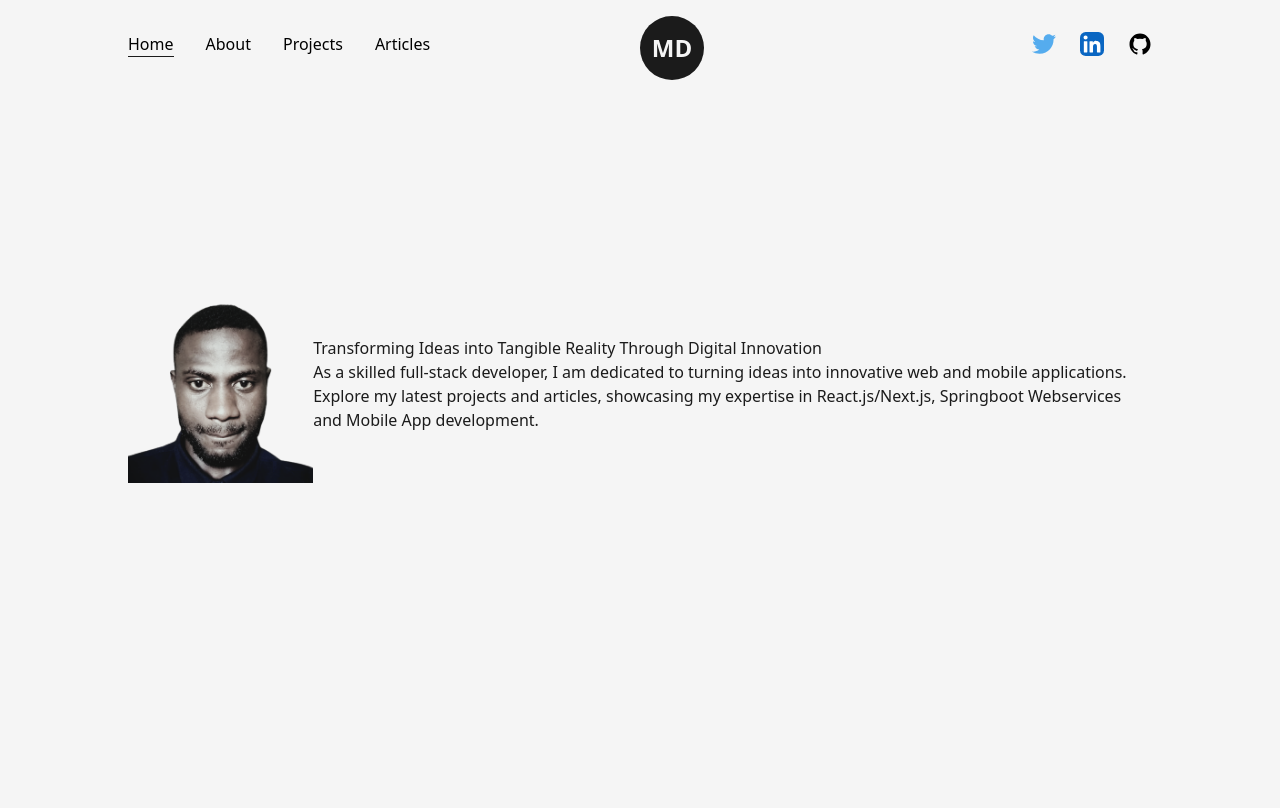
Repository: marcusdashe/situs
Page: /
The author's editor kept a copy of each file at every save. The page is drawn from the files as they stood at one save, then again after the next save.
The browser window is 1280 px wide. The pictures show the whole page.
The project was rebuilt for these pictures with package versions that can differ from the ones it lists, and the page was loaded fresh each time. The framework's server and built-in components were replaced by stand-ins that run in the browser.

Above is the page before, as saved 2023-06-15 17:30:07.

### src/pages/_app.js
import Navbar from "@/components/Navbar";
import "@/styles/globals.css";
import Head from "next/head";
// import { IBM_Plex_Sans } from "next/font/google";

// const ibm = IBM_Plex_Sans({
//   subsets: ["latin"],
//   variable: "--font-mont",
// });

export default function App({ Component, pageProps }) {
  return (
    <>
      <Head>
        <meta name="viewport" content="width=device-width, initial-scale=1" />
        <link rel="icon" href="/favicon.ico" />
      </Head>
      <main className={`  bg-light w-full min-h-screen`}>
        <Navbar />
        <Component {...pageProps} />
      </main>
    </>
  );
}

### src/pages/index.js
import Head from "next/head";
import Image from "next/image";
import { Inter } from "next/font/google";
import Layout from "@/components/Layout";
import profilePic from "../../public/images/profile/developer-pic-4.png";

const inter = Inter({ subsets: ["latin"] });

export default function Home() {
  return (
    <>
      <Head>
        <title>Marcus Dashe | Portfolio</title>
        <meta name="description" content="Generated by create next app" />
      </Head>
      <main className="flex items-center text-dark w-full min-h-screen">
        <Layout className="pt-0">
          <div className=" w-full flex items-center justify-between">
            <div className="w-2/5">
              <Image
                src={profilePic}
                alt="Marcus Dashe"
                className="w-full h-auto"
              />
            </div>
            <div>
              <h1>
                Transforming Ideas into Tangible Reality Through Digital
                Innovation
              </h1>
              <p>
                As a skilled full-stack developer, I am dedicated to turning
                ideas into innovative web and mobile applications. Explore my
                latest projects and articles, showcasing my expertise in
                React.js/Next.js, Springboot Webservices and Mobile App
                development.
              </p>
            </div>
          </div>
        </Layout>
      </main>
    </>
  );
}

### src/components/Navbar.jsx
import React from "react";
import { useRouter } from "next/router";
import Link from "next/link";
import Logo from "./Logo";
import { TwitterIcon, GithubIcon, LinkedInIcon } from "./Icons";
import { motion } from "framer-motion";

const CustomLink = ({ href, title, className = "" }) => {
  const router = useRouter();

  return (
    <Link href={href} className={`${className} relative group`}>
      {title}
      <span
        className={`h-[1px] inline-block bg-dark absolute left-0 -bottom-0.5 group-hover:w-full transition-[width] ease duration-300 ${
          router.asPath === href ? "w-full" : "w-0"
        }`}
      >
        &nbsp;
      </span>
    </Link>
  );
};

const Navbar = () => {
  return (
    <header
      className="w-full px-32 py-8 font-medium
            flex items-center justify-between"
    >
      <nav>
        <CustomLink href="/" title="Home" className="mr-4" />
        <CustomLink href="/about" title="About" className="mx-4" />
        <CustomLink href="/projects" title="Projects" className="mx-4" />
        <CustomLink href="/articles" title="Articles" className="ml-4" />
      </nav>

      <nav className="flex items-center justify-center flex-wrap">
        <motion.a
          href="https://www.twitter.com/marcusdashe"
          target={"_blank"}
          whileHover={{
            y: -2,
          }}
          whileTap={{ scale: 0.9 }}
          className="w-6 mx-3"
        >
          <TwitterIcon className="" />
        </motion.a>
        <motion.a
          href="https://www.linkedin.com/in/marcus-dashe-15a088202"
          target={"_blank"}
          whileHover={{
            y: -2,
          }}
          whileTap={{ scale: 0.9 }}
          className="w-6 mx-3"
        >
          <LinkedInIcon />
        </motion.a>
        <motion.a
          href="https://www.github.com/marcusdashe"
          target={"_blank"}
          whileHover={{
            y: -2,
          }}
          whileTap={{ scale: 0.9 }}
          className="w-6 ml-3"
        >
          <GithubIcon />
        </motion.a>
      </nav>
      <div className="absolute left-[50%] top-2 translate-x-[-50]">
        <Logo />
      </div>
    </header>
  );
};

export default Navbar;

### src/styles/globals.css
@import url("https://fonts.googleapis.com/css2?family=IBM+Plex+Sans:ital,wght@0,100;0,200;0,300;1,100;1,200&family=Inter:wght@300;400;500;600;700;800;900&display=swap");

@tailwind base;
@tailwind components;
@tailwind utilities;

### src/components/Layout.jsx
import React from "react";

const Layout = ({ children, className = "" }) => {
  return (
    <div className={`${className} w-full inline-block z-0 bg-light p-32  `}>
      {children}
    </div>
  );
};

export default Layout;

### src/components/Logo.jsx
"use client";

import React from "react";
import Link from "next/link";
import { motion } from "framer-motion";

const MotionLink = motion(Link);

const Logo = () => {
  return (
    <div className="flex items-center justify-center mt-2">
      <MotionLink
        href="/"
        className="w-16 h-16 bg-dark text-light flex items-center
        justify-center rounded-full text-2xl font-bold hover
      "
        whileHover={{
          scale: 1.5,
          backgroundColor: [
            "#121212",
            "rgba(131,58,180,1)",
            "rgba(253,29,29,1)",
            "rgba(252,176,69,1)",
            "rgba(131,58,180,1)",
            "#121212",
          ],
          transition: {
            duration: 1,
            repeat: Infinity,
          },
        }}
      >
        MD
      </MotionLink>
    </div>
  );
};

export default Logo;

Loaded but not shown: tailwind.config.js (27 lines, source omitted); src/components/Icons.jsx (463 lines, source omitted)

After the next save:
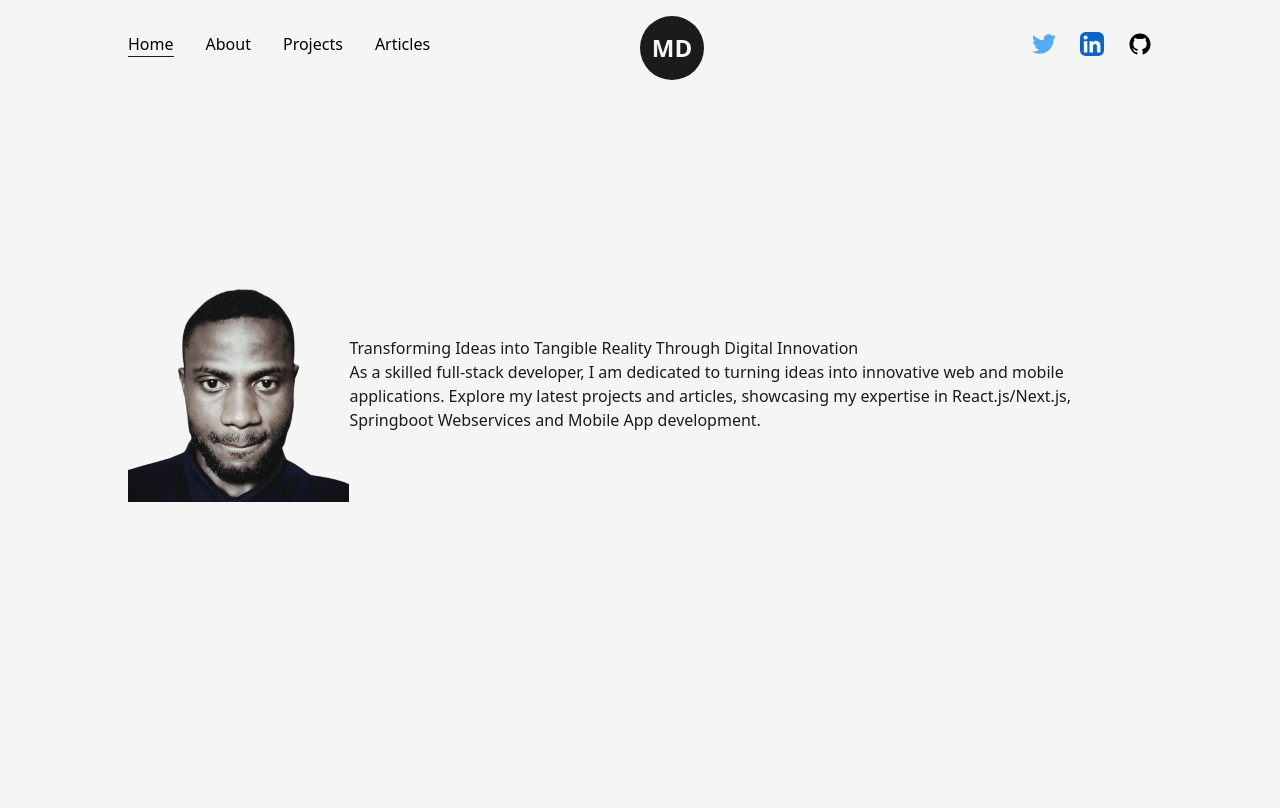
Saved 50 s later.
--- a/src/pages/index.js
+++ b/src/pages/index.js
@@ -16,7 +16,7 @@ export default function Home() {
       <main className="flex items-center text-dark w-full min-h-screen">
         <Layout className="pt-0">
           <div className=" w-full flex items-center justify-between">
-            <div className="w-2/5">
+            <div className="w-1/2">
               <Image
                 src={profilePic}
                 alt="Marcus Dashe"
